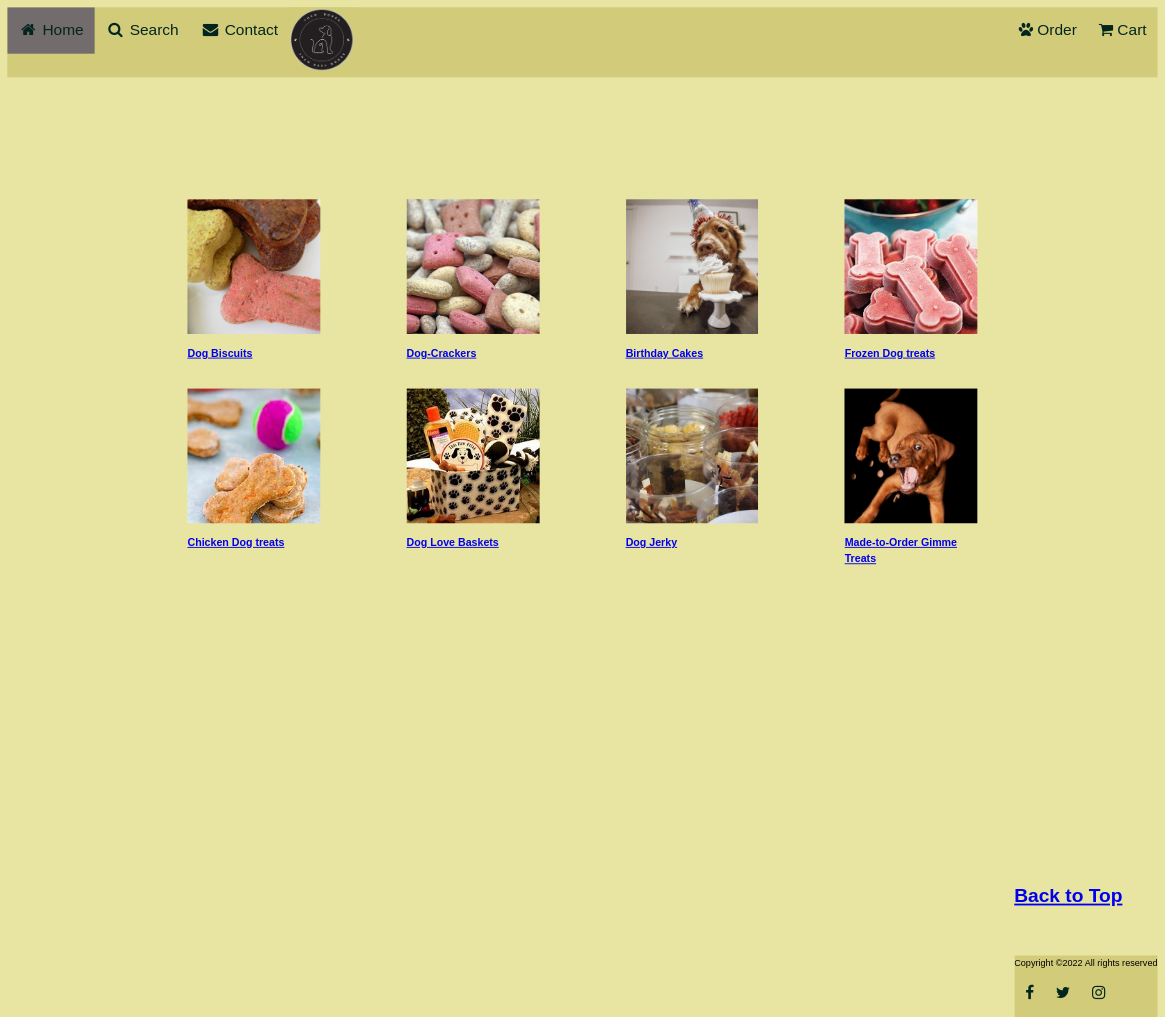
Repository: vgoins-RA2022/HTML-1
Page: index.html
An editor plug-in stored every save of this project. The page is shown before and after a run of saves, followed by the edit.
The browser window is 1280 px wide. The pictures show the whole page, at 91% of full size.

Above is the page before, as saved 2023-01-21 19:36:12.

After the next 3 saves:
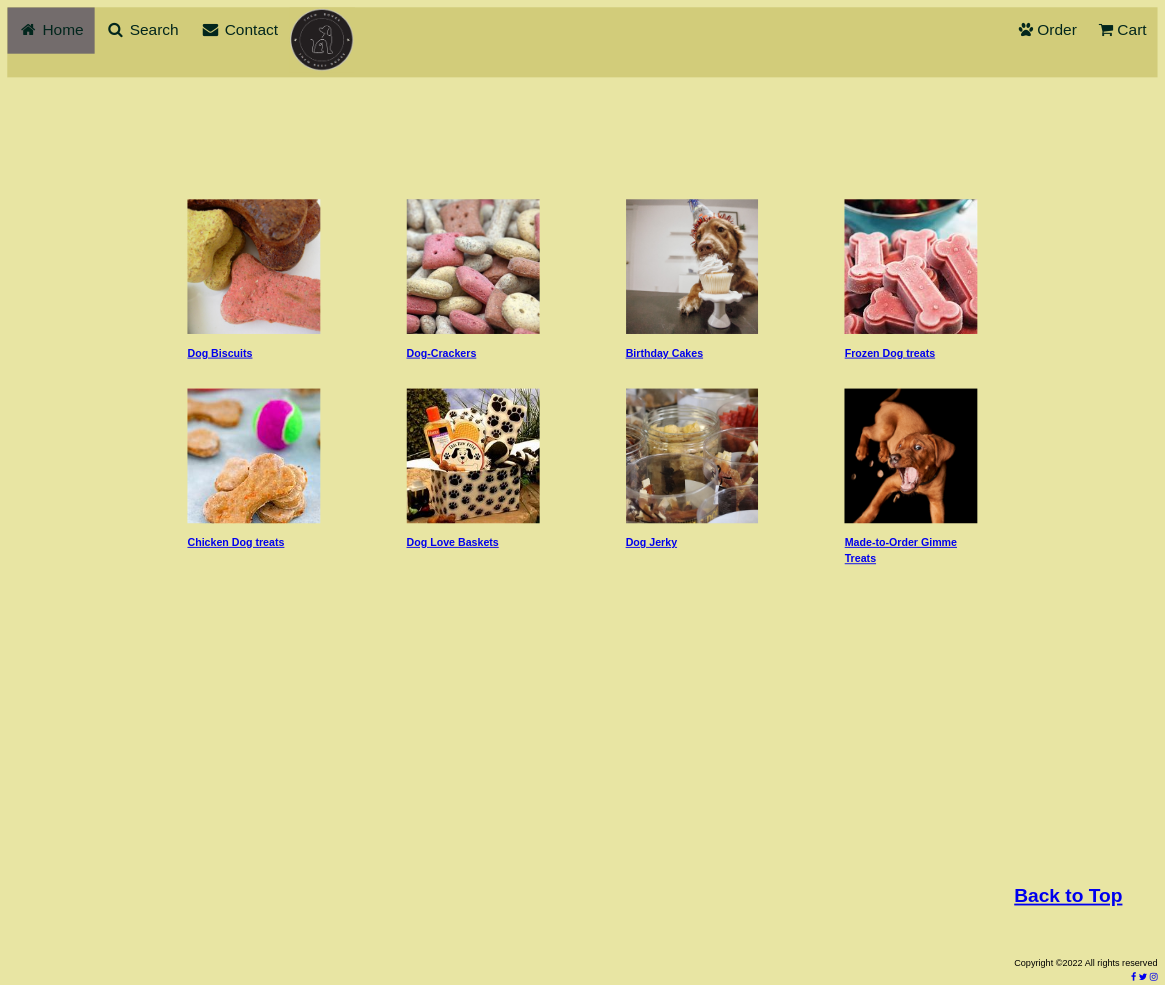
The 3 saves are shown as one change because they came seconds apart.
The last was saved 36 s later.
--- a/index.html
+++ b/index.html
@@ -90,7 +90,7 @@
 
   <!-- setup navigator bar in the footer of copywright and social media icons -->
 
-  <div class="navbar">
+  <div class="footer-bar">
     <div class="row">
       <div class="col-left">Copyright ©2022 All rights reserved</div>
       <div class="col-right">
